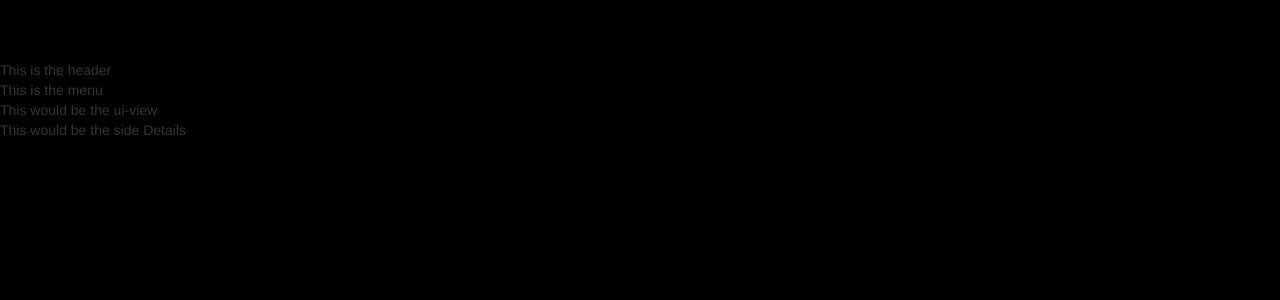
Repository: runtimeZero/layouts-with-angular
Page: client/index.html
The author's editor kept a record of every edit. The page is drawn from the files as they stood at one moment, then again after the next edit.
The browser window is 1280 px wide. The pictures show the whole page.

Above is the page before.

### client/index.html
<!doctype html>
<html lang="en" ng-app="myApp">
  <head>
    <title>Chat Example</title>
    <meta name="viewport" content="width=device-width, initial-scale=1.0">
    <link rel="stylesheet" href="/css/bootstrap.min.css">
    <link rel="stylesheet" href="/css/bootstrap-responsive.min.css">
    <link rel="stylesheet" href="/css/myStyles.css">
    <style>
      body {
        padding-top: 60px;
      }
    </style>


  </head>
  <body class="class_black" ng-controller="MainCtrl">
     <div tpl-application-toolbar> This is the header</div>
     <div> This is the menu</div>
     <div tpl-main-pane> This would be the ui-view</div>
    <div> This would be the side Details</div>

    <script src="/js/jquery.min.js"></script>
    <script src="/js/bootstrap.min.js"></script>
    <script src="/js/angular.min.js"></script>
    <script src="/js/app.js"></script>
  </body>
</html>

### client/css/myStyles.css
/*
.tpl-mixed-view
{
  body
  {
    overflow:auto;
  }

  [tpl-application-toolbar]
  {
    z-index:6;
    position:fixed;
    top:0;
    left:0;
    width:100%;
  }


  [tpl-main-pane]
  {
    position:relative;
    left: 144px;
  }
}

*/
.class_black {
        background-color: black;
}

.class_yellow {
        background-color: yellow;
}

### client/js/app.js
angular.module('myApp',[])
.controller('MainCtrl',['$scope','$layout',function($scope,$layout){
    $layout.change('yellow');
}])
.factory('$layout',function(){

    return {
        change: function(arg){
           $('html').removeClass('class_black')
        },

    }

});

Loaded but not shown: client/css/bootstrap.min.css (library); client/css/bootstrap-responsive.min.css (library); client/js/jquery.min.js (library); client/js/bootstrap.min.js (library); client/js/angular.min.js (library)

After the next edit:
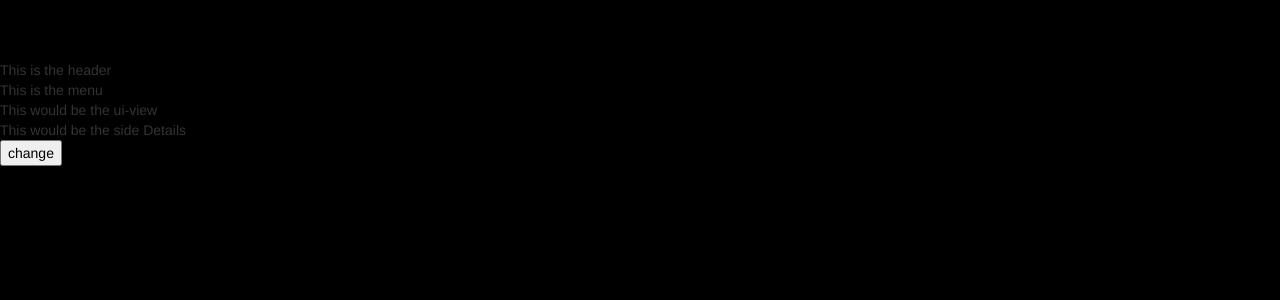
The edit:
--- a/client/index.html
+++ b/client/index.html
@@ -20,6 +20,8 @@
      <div tpl-main-pane> This would be the ui-view</div>
     <div> This would be the side Details</div>
 
+    <button ng-click="change()">change</button>
+
     <script src="/js/jquery.min.js"></script>
     <script src="/js/bootstrap.min.js"></script>
     <script src="/js/angular.min.js"></script>
